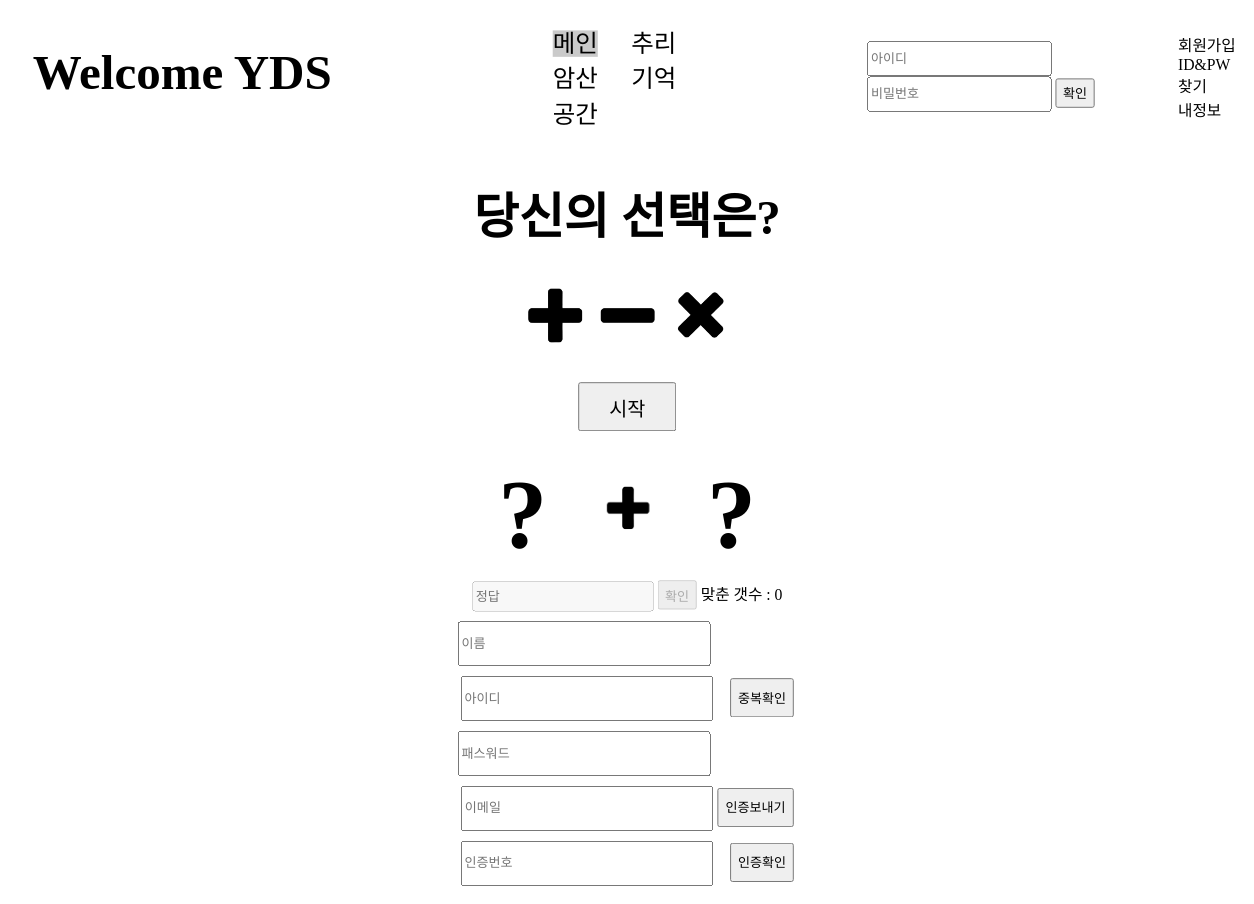
Repository: ejrtn/springbootMaven
Page: deoksu/src/main/resources/static/math.html
An editor plug-in stored every save of this project. The page is shown before and after the next save, followed by the edit.
The browser window is 1280 px wide. The pictures show the whole page, at 98% of full size.

Above is the page before, as saved 2021-04-10 16:39:44.
Console error: TypeError: Cannot set properties of null (setting 'onclick')

After the next save:
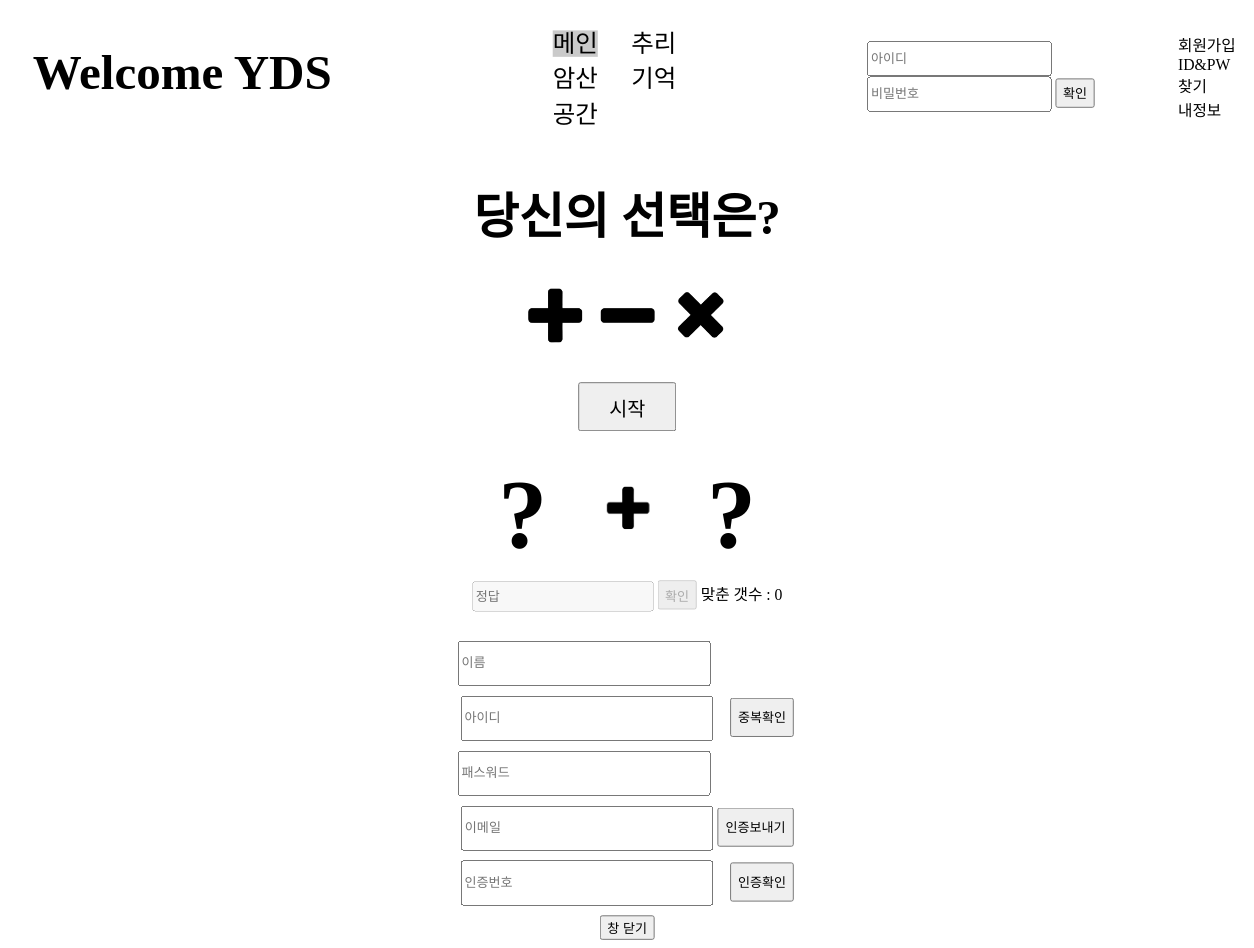
The error is gone.
Saved 5 s later.
--- a/deoksu/src/main/resources/static/math.html
+++ b/deoksu/src/main/resources/static/math.html
@@ -170,8 +170,8 @@
 	</div>
 
 
-	<div id="modal">
-	    <div align="center">
+	<div id="modal1">
+	    <div align="center" style="margin-top: 20px;">
 			<input type="text" placeholder="이름" style="width: 250px; height: 40px; margin-right: 88px; margin-bottom: 10px;"><br>
 			<input type="text" placeholder="아이디" style="width: 250px; height: 40px; margin-right: 13px; margin-bottom: 10px;">
 			<input type="button" value="중복확인" style="height: 40px;"><br>
@@ -179,13 +179,14 @@
 			<input type="email" placeholder="이메일" style="width: 250px; height: 40px; margin-bottom: 10px;">
 			<input type="button" value="인증보내기" style="height: 40px;"><br>
 			<input type="text" placeholder="인증번호" style="width: 250px; height: 40px; margin-right: 13px; margin-bottom: 10px;">
-			<input type="button" value="인증확인" style="height: 40px;">
+			<input type="button" value="인증확인" style="height: 40px;"><br>
+			<button type="button" id="modal_close_btn1">창 닫기</button>
 		</div>
     	<div class="modal_layer"></div>
 	</div>
 	<script>
-	    document.getElementById("modal_close_btn").onclick = function() {
-	        document.getElementById("modal").style.display="none";
+	    document.getElementById("modal_close_btn1").onclick = function() {
+	        document.getElementById("modal1").style.display="none";
 	    }
 	</script>
 </body>
